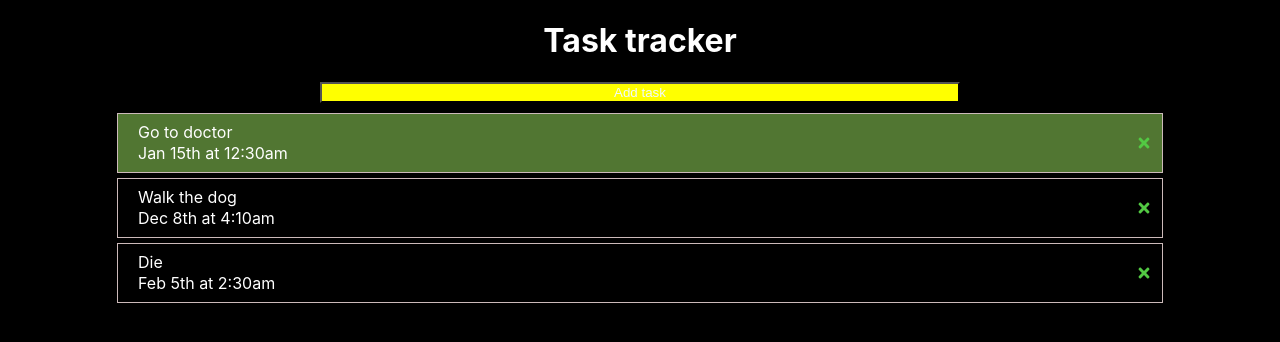
Repository: roscaImarius/task-tracker-react
Page: /
An editor plug-in stored every save of this project. The page is shown before and after the next save, followed by the edit.
The browser window is 1280 px wide. The pictures show the whole page.
The project was rebuilt for these pictures with package versions that can differ from the ones it lists, and the page was loaded fresh each time. Also part of the build but not shown: src/components/AddTask.js.

Above is the page before, as saved 2021-03-31 12:53:37.

After the next save:
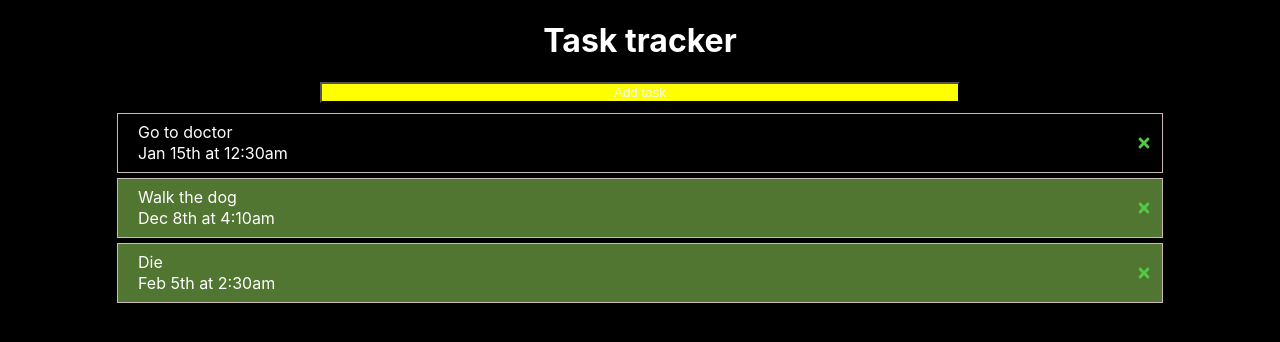
Saved 64 s later.
--- a/src/components/Task.js
+++ b/src/components/Task.js
@@ -5,7 +5,7 @@ const Task = ({ t, onDubleClick, onDelete }) => {
   return (
     <div
       onDoubleClick={() => onDubleClick(t.id)}
-      className={t.reminder ? " task" : "task marked"}
+      className={t.reminder ? "marked task" : "task"}
     >
       <div>
         <p>{t.text}</p>
